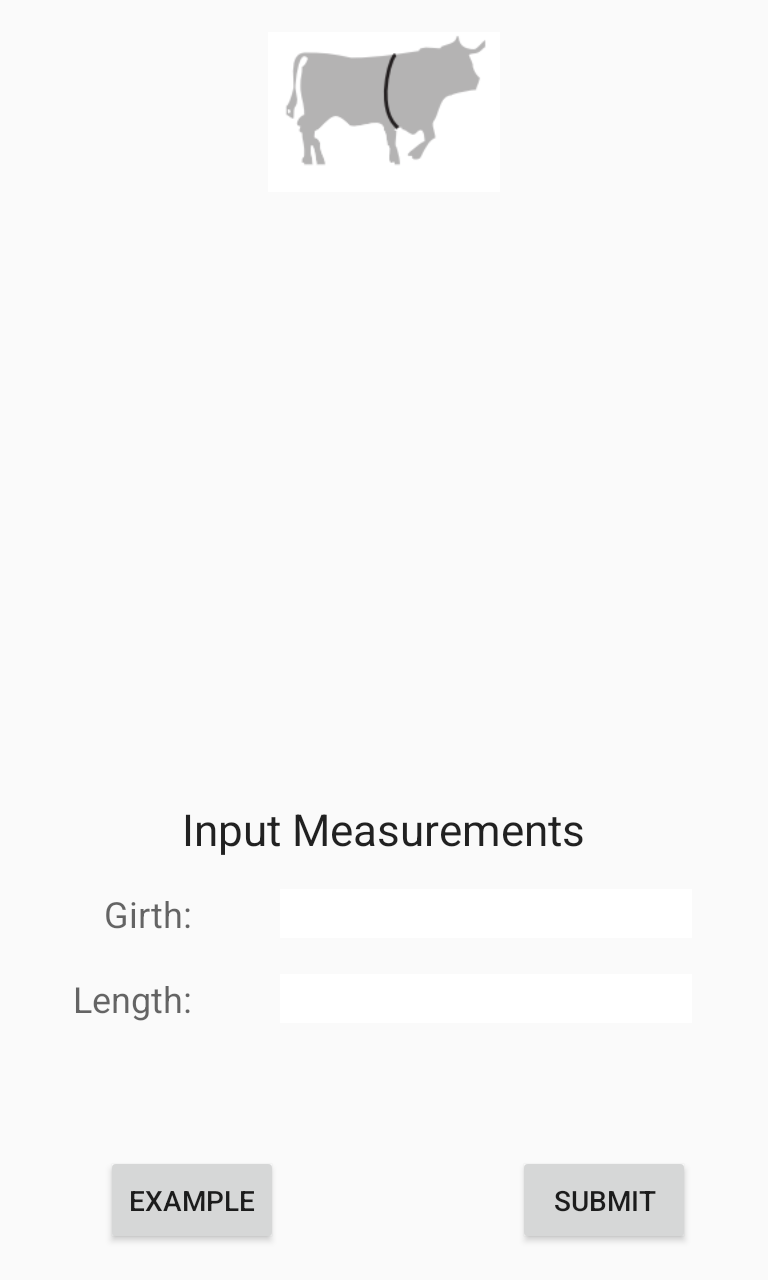
Repository: jdmielke/AnimalApp
Layout: AWEA/res/layout/activity_cow_measurement.xml
These files come from the project's save history. The layout is drawn as it stood at one moment and after the next save; the edit follows.
It is drawn on a 768 x 1280 px phone screen (xhdpi) without system bars, with theme AppTheme; the app's code is not run.

Above is the layout before, as saved 2014-11-12 10:14:55.

### AWEA/res/layout/activity_cow_measurement.xml
<?xml version="1.0" encoding="utf-8"?>
<RelativeLayout xmlns:android="http://schemas.android.com/apk/res/android"
    xmlns:tools="http://schemas.android.com/tools"
    android:layout_width="match_parent"
    android:layout_height="match_parent"
    android:clipChildren="false"
    android:clipToPadding="false"
    android:paddingBottom="@dimen/activity_vertical_margin"
    android:paddingLeft="@dimen/activity_horizontal_margin"
    android:paddingRight="@dimen/activity_horizontal_margin"
    android:paddingTop="@dimen/activity_vertical_margin"
    tools:context=".MeasurementActivity" >

    <TextView
        android:id="@+id/textView1"
        android:layout_width="wrap_content"
        android:layout_height="wrap_content"
        android:layout_alignParentBottom="true"
        android:layout_centerHorizontal="true"
        android:layout_marginBottom="195dp"
        android:text="Input Measurements"
        android:textAppearance="?android:attr/textAppearanceLarge" />

    <TextView
        android:id="@+id/textView2"
        android:layout_width="wrap_content"
        android:layout_height="wrap_content"
        android:layout_alignParentLeft="true"
        android:layout_alignTop="@+id/textView1"
        android:layout_marginLeft="36dp"
        android:layout_marginTop="45dp"
        android:text="Girth:"
        android:textAppearance="?android:attr/textAppearanceMedium" />

    <TextView
        android:id="@+id/textView3"
        android:layout_width="wrap_content"
        android:layout_height="wrap_content"
        android:layout_alignRight="@+id/textView2"
        android:layout_below="@+id/textView2"
        android:layout_marginTop="18dp"
        android:text="Length:"
        android:textAppearance="?android:attr/textAppearanceMedium" />

    <Button
        android:id="@+id/button1"
        android:layout_width="wrap_content"
        android:layout_height="wrap_content"
        android:layout_alignParentBottom="true"
        android:layout_alignParentRight="true"
        android:layout_marginRight="22dp"
        android:text="Submit"
        android:onClick="goToMain"/>/>

    <Button
        android:id="@+id/goToMain"
        android:layout_width="wrap_content"
        android:layout_height="wrap_content"
        android:layout_alignBaseline="@+id/button1"
        android:layout_alignBottom="@+id/button1"
        android:layout_alignParentLeft="true"
        android:layout_marginLeft="36dp"
        android:text="Example"
        android:onClick="goToMain"/>

    <EditText
        android:id="@+id/editText2"
        android:layout_width="wrap_content"
        android:layout_height="wrap_content"
        android:layout_alignLeft="@+id/editText1"
        android:layout_alignRight="@+id/editText1"
        android:layout_alignTop="@+id/textView3"
        android:background="#ffffff"
        android:digits="1234567890"
        android:ems="10"
        android:inputType="number|phone"
        android:singleLine="true" />

    <EditText
        android:id="@+id/editText1"
        android:layout_width="wrap_content"
        android:layout_height="wrap_content"
        android:layout_alignRight="@+id/button1"
        android:layout_alignTop="@+id/textView2"
        android:layout_toRightOf="@+id/goToMain"
        android:background="#ffffff"
        android:digits="1234567890"
        android:ems="10"
        android:inputType="number|phone"
        android:singleLine="true" />

    <ImageView
        android:id="@+id/imageView1"
        android:layout_width="wrap_content"
        android:layout_height="wrap_content"
        android:layout_alignParentLeft="true"
        android:layout_alignParentRight="true"
        android:layout_alignParentTop="true"
        android:src="@drawable/beefdiagram" />

</RelativeLayout>

Loaded but not shown: AWEA/res/values/styles.xml (common file); AWEA/res/values-v11/styles.xml (common file); AWEA/res/values-v14/styles.xml (common file); AWEA/res/values/dimens.xml (common file); AWEA/res/values-w820dp/dimens.xml (common file)

After the next save:
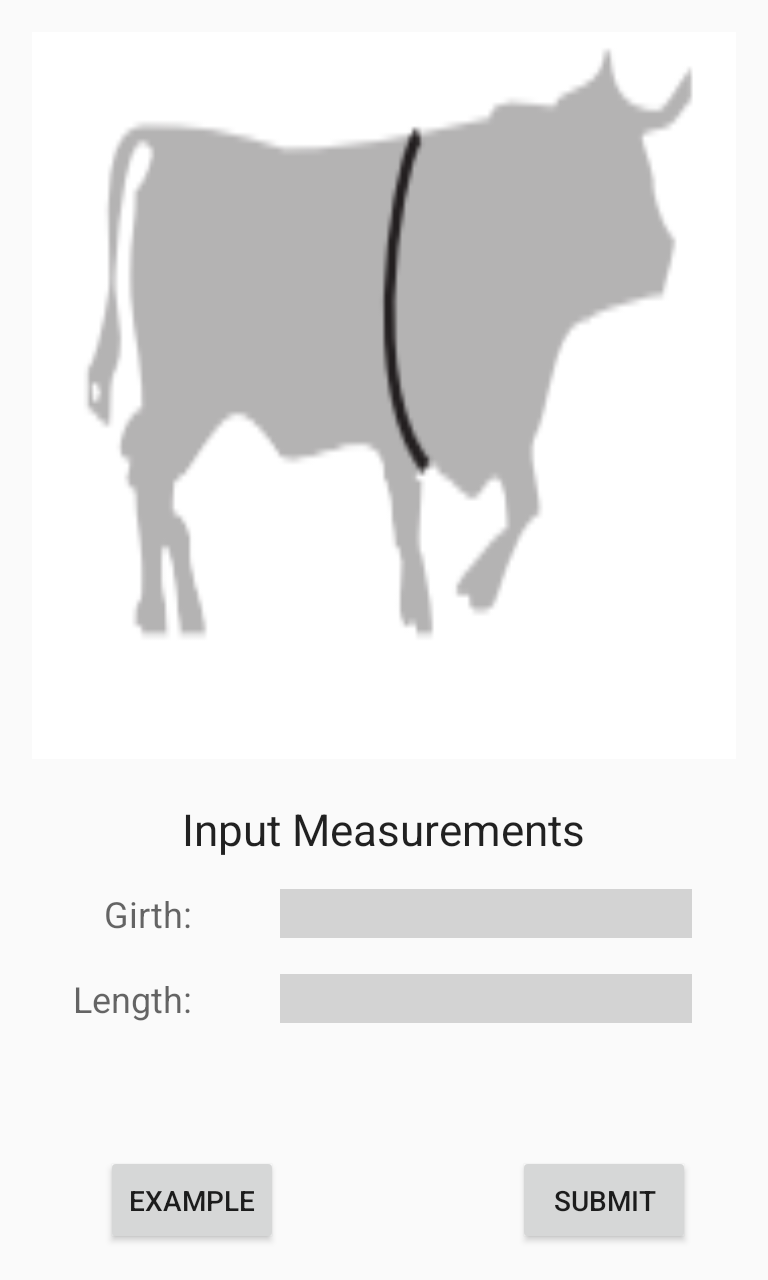
Saved 2 min 21 s later.
--- a/AWEA/res/layout/activity_cow_measurement.xml
+++ b/AWEA/res/layout/activity_cow_measurement.xml
@@ -70,7 +70,7 @@
         android:layout_alignLeft="@+id/editText1"
         android:layout_alignRight="@+id/editText1"
         android:layout_alignTop="@+id/textView3"
-        android:background="#ffffff"
+        android:background="#d3d3d3"
         android:digits="1234567890"
         android:ems="10"
         android:inputType="number|phone"
@@ -83,7 +83,7 @@
         android:layout_alignRight="@+id/button1"
         android:layout_alignTop="@+id/textView2"
         android:layout_toRightOf="@+id/goToMain"
-        android:background="#ffffff"
+        android:background="#d3d3d3"
         android:digits="1234567890"
         android:ems="10"
         android:inputType="number|phone"
@@ -93,9 +93,12 @@
         android:id="@+id/imageView1"
         android:layout_width="wrap_content"
         android:layout_height="wrap_content"
+        android:layout_above="@+id/textView1"
         android:layout_alignParentLeft="true"
         android:layout_alignParentRight="true"
         android:layout_alignParentTop="true"
+        android:paddingBottom="20dp"
+        android:scaleType="fitXY"
         android:src="@drawable/beefdiagram" />
 
 </RelativeLayout>
